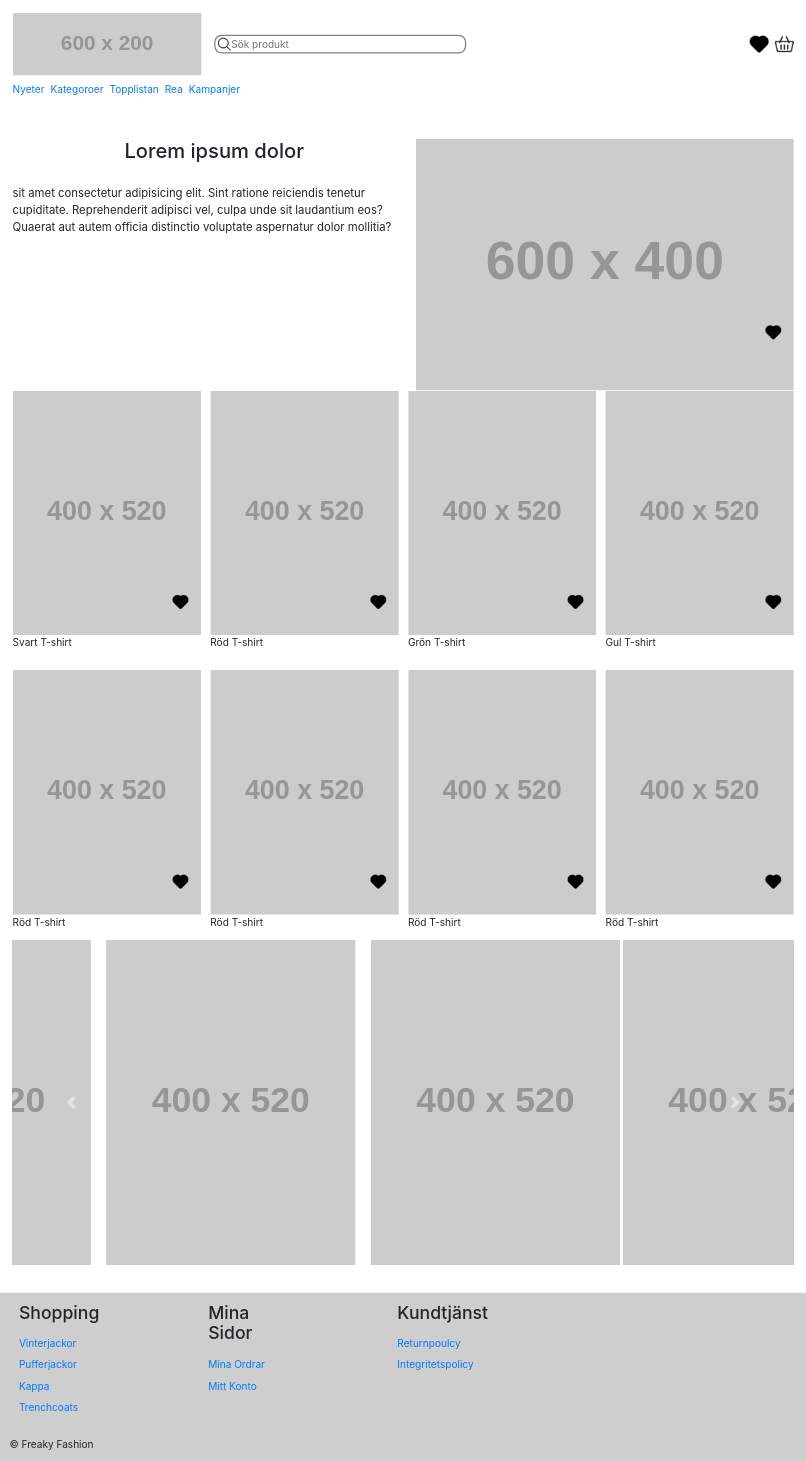
Repository: Kalle1995/project
Page: index.html
An editor plug-in stored every save of this project. The page is shown before and after the next save, followed by the edit.
The browser window is 1280 px wide. The pictures show the whole page, at 63% of full size.

Above is the page before, as saved 2024-10-06 20:36:40.

### index.html
<!DOCTYPE html>
<html lang="sv">

<head>
  <meta charset="UTF-8" />
  <meta name="viewport" content="width=device-width, initial-scale=1.0" />
  <title>Freaky Fashion</title>

  <link rel="stylesheet" href="main.css" />

  <script src="https://code.jquery.com/jquery-3.7.1.slim.min.js"
    integrity="sha256-kmHvs0B+OpCW5GVHUNjv9rOmY0IvSIRcf7zGUDTDQM8=" crossorigin="anonymous"></script>

  <link rel="stylesheet" href="https://cdn.jsdelivr.net/npm/bootstrap@4.0.0/dist/css/bootstrap.min.css"
    integrity="sha384-Gn5384xqQ1aoWXA+058RXPxPg6fy4IWvTNh0E263XmFcJlSAwiGgFAW/dAiS6JXm" crossorigin="anonymous">

  <script src="https://cdn.jsdelivr.net/npm/bootstrap@4.0.0/dist/js/bootstrap.min.js"
    integrity="sha384-JZR6Spejh4U02d8jOt6vLEHfe/JQGiRRSQQxSfFWpi1MquVdAyjUar5+76PVCmYl"
    crossorigin="anonymous"></script>
</head>

<body>
  <header>
    <section>
      <div class="wholeHead">
        <img src="https://placehold.co/600x200 " alt="icon" class="icon" />

        <div class="searchAndIcons">
          <input type="search" placeholder="Sök produkt" class="search">
          <div class="headIcons">
            <a href="#"><img src="bilder/full heart.png" alt="favourite"></a>
            <a href="#"><img src="bilder/cart.png" alt="cart"></a>
          </div>
        </div>
      </div>

      <!-- jag behöver fixa att man kan sriva och iconen förvinner -->
      <!-- om, jag har div för input typ så den ta hela raden -->

      <div>
        <nav class="NavList">
          <ul>
            <li class=" flex-row nav-list-item"><a href="#">Nyeter</a></li>
            <li class="nav-list-item hide-on-mobile ejnav"><a href="#">Kategoroer</a></li>
            <li class="nav-list-item"><a href="#">Topplistan</a></li>
            <li class="nav-list-item"><a href="#">Rea</a></li>
            <li class="nav-list-item"><a href="#">Kampanjer</a></li>
          </ul>
        </nav>
      </div>

      <!-- <dl> och <dt> använda man i detta falet  -->

    </section>
  </header>

  <main>
    <section class="mid">
      <article>
        <fieldset class="head">
          <img class="head-image" src="https://placehold.co/600x400" alt="" class="loremPic">
          <div>
            <h2 class="head-title">Lorem ipsum dolor</h2>
            <p class="head-text">
              <br>sit amet consectetur adipisicing elit. Sint ratione reiciendis tenetur cupiditate. Reprehenderit
              adipisci
              vel, culpa unde sit laudantium eos? Quaerat aut autem officia distinctio voluptate aspernatur dolor
              mollitia?
            </p>
          </div>
        </fieldset><img class="product-icon" src="bilder/full heart.png" alt="">
      </article>
    </section>
    <section class="products">
      <!-- grid container -->
      <div class="product">
        <img class="product-icon" src="bilder/full heart.png" alt="">
        <img class="product-pic" src="https://placehold.co/400x520/png?text=Black+T-shirt" alt="Svart T-shirt" />
        <p>Svart T-shirt</p>
      </div>

      <div class="product">
        <img class="product-icon" src="bilder/full heart.png" alt="">
        <img class="product-pic" src="https://placehold.co/400x520/png?text=Red+T-shirt" alt="" />
        <p>Röd T-shirt</p>
      </div>

      <div class="product">
        <img class="product-icon" src="bilder/full heart.png" alt="">
        <img class="product-pic" src="https://placehold.co/400x520/png?text=Green+T-shirt" alt="" />
        <p>Grön T-shirt</p>
      </div>

      <div class="product">
        <img class="product-icon" src="bilder/full heart.png" alt="">
        <img class="product-pic" src="https://placehold.co/400x520/png?text=Gul+T-shirt" alt="" />
        <p>Gul T-shirt</p>

      </div>

      <div class="product">
        <img class="product-icon" src="bilder/full heart.png" alt="">
        <img class="product-pic" src="https://placehold.co/400x520/png?text=Red+T-shirt" alt="">
        <p>Röd T-shirt</p>
      </div>

      <div class="product">
        <img class="product-icon" src="bilder/full heart.png" alt="">
        <img class="product-pic" src="https://placehold.co/400x520/png?text=Red+T-shirt" alt="">
        <p>Röd T-shirt</p>
      </div>

      <div class="product">
        <img class="product-icon" src="bilder/full heart.png" alt="">
        <img class="product-pic" src="https://placehold.co/400x520/png?text=Red+T-shirt" alt="">
        <p>Röd T-shirt</p>
      </div>

      <div class="product">
        <img class="product-icon" src="bilder/full heart.png" alt="">
        <img class="product-pic" src="https://placehold.co/400x520/png?text=Red+T-shirt" alt="">
        <p>Röd T-shirt</p>
      </div>
    </section>

    <div id="carouselExampleControls" class="carousel slide" data-ride="carousel">
      <div class="carousel-inner">
        <div class="carousel-item active">
          <div class="slide-item">
            <img class="slide-image" src="https://placehold.co/400x520/png?text=Red+T-shirt" alt="First slide">
            <img class="slide-image" src="https://placehold.co/400x520/png?text=Red+T-shirt" alt="Third slide">
            <img class="slide-image" src="https://placehold.co/400x520/png?text=Red+T-shirt" alt="Second slide">
          </div>
        </div>
        <div class="carousel-item">
          <div class="slide-item">
            <img class="slide-image" src="https://placehold.co/400x520/png?text=Red+T-shirt" alt="First slide">
            <img class="slide-image" src="https://placehold.co/400x520/png?text=Red+T-shirt" alt="Third slide">
            <img class="slide-image" src="https://placehold.co/400x520/png?text=Red+T-shirt" alt="Second slide">
          </div>
        </div>
        <div class="carousel-item">
          <div class="slide-item">
            <img class="slide-image" src="https://placehold.co/400x520/png?text=Red+T-shirt" alt="First slide">
            <img class="slide-image" src="https://placehold.co/400x520/png?text=Red+T-shirt" alt="Third slide">
          </div>
        </div>
      </div>
      <a class="carousel-control-prev" href="#carouselExampleControls" role="button" data-slide="prev">
        <span class="carousel-control-prev-icon" aria-hidden="true"></span>
        <span class="sr-only">Previous</span>
      </a>
      <a class="carousel-control-next" href="#carouselExampleControls" role="button" data-slide="next">
        <span class="carousel-control-next-icon" aria-hidden="true"></span>
        <span class="sr-only">Next</span>
      </a>
    </div>
  </main>

  <br>

  <footer class="normal-footer">
    <div class="list-container">
      <div class="list">
        <h3>Shopping</h3>
        <li>
          <ul><a href="#">Vinterjackor</a></ul>
          <ul><a href="#">Pufferjackor</a></ul>
          <ul><a href="#">Kappa</a></ul>
          <ul><a href="#">Trenchcoats</a></ul>
        </li>
      </div>

      <div class="list">
        <h3>Mina Sidor</h3>
        <li>
          <ul><a href="#">Mina Ordrar</a></ul>
          <ul><a href="#">Mitt Konto</a></ul>
        </li>
      </div>

      <div class="list">
        <h3>Kundtjänst</h3>
        <li>
          <ul><a href="#">Returnpoulcy</a></ul>
          <ul><a href="#">Integritetspolicy</a></ul>
        </li>
      </div>
    </div>

    <div class="Company">&copy; Freaky Fashion</div>
  </footer>

  <footer class="small-footer">
    <div class="accordion accordion-flush" id="accordionFlushExample">
      <div class="accordion-item">
        <h2 class="accordion-header" id="flush-headingOne">
          <button class="accordion-button collapsed" type="button" data-bs-toggle="collapse"
            data-bs-target="#flush-collapseOne" aria-expanded="false" aria-controls="flush-collapseOne">
            Accordion Item #1
          </button>
        </h2>
        <div id="flush-collapseOne" class="accordion-collapse collapse" aria-labelledby="flush-headingOne"
          data-bs-parent="#accordionFlushExample">
          <div class="accordion-body">Placeholder content for this accordion, which is intended to demonstrate the
            <code>.accordion-flush</code> class. This is the first item's accordion body.</div>
        </div>
      </div>
      <div class="accordion-item">
        <h2 class="accordion-header" id="flush-headingTwo">
          <button class="accordion-button collapsed" type="button" data-bs-toggle="collapse"
            data-bs-target="#flush-collapseTwo" aria-expanded="false" aria-controls="flush-collapseTwo">
            Accordion Item #2
          </button>
        </h2>
        <div id="flush-collapseTwo" class="accordion-collapse collapse" aria-labelledby="flush-headingTwo"
          data-bs-parent="#accordionFlushExample">
          <div class="accordion-body">Placeholder content for this accordion, which is intended to demonstrate the
            <code>.accordion-flush</code> class. This is the second item's accordion body. Let's imagine this being
            filled with some actual content.</div>
        </div>
      </div>
      <div class="accordion-item">
        <h2 class="accordion-header" id="flush-headingThree">
          <button class="accordion-button collapsed" type="button" data-bs-toggle="collapse"
            data-bs-target="#flush-collapseThree" aria-expanded="false" aria-controls="flush-collapseThree">
            Accordion Item #3
          </button>
        </h2>
        <div id="flush-collapseThree" class="accordion-collapse collapse" aria-labelledby="flush-headingThree"
          data-bs-parent="#accordionFlushExample">
          <div class="accordion-body">Placeholder content for this accordion, which is intended to demonstrate the
            <code>.accordion-flush</code> class. This is the third item's accordion body. Nothing more exciting
            happening here in terms of content, but just filling up the space to make it look, at least at first glance,
            a bit more representative of how this would look in a real-world application.</div>
        </div>
      </div>
    </div>
  </footer>
</body>

</html>

### main.css
body {
    font-size: 2em;
    display: grid;
}


.head-title {
    text-align: center;
}

.products {
    display: grid;
    gap: 15px;
}

ul {
    list-style-type: none;
    margin: 0;
    padding: 0;

}

.search {
    border: 2px solid gray;
    border-radius: 12px;
    padding: 5px;
    display: inline;
    background-image: url(bilder/search.png);
    background-repeat: no-repeat;
    background-position: 4px;
    padding-left: 25px;

}

.NavList {
    padding-bottom: 10px;
    padding-top: 10px;

}

.hide-on-mobile {
    display: none;
}

.nav-list-item {
    a {
        text-decoration: none;
    }
}

.product {
    position: relative;
}

.product-icon {
    right: 20px;
    bottom: 80px;
    position: absolute;
}

.product-pic {
    width: 100%;
    height: auto;
}

.head {
    display: flex;
    flex-direction: column;
}

.head-image {
    width: 100%;
}

.wholeHead {
    display: flex;
    flex-direction: row;
}

.searchAndIcons {
    width: 100%;
    display: flex;
    flex-direction: row;
    margin: auto 0 auto 20px;
}

.search {
    height: 30px;
    width: 100%;
    max-width: 400px;
    margin-right: 10px;
}

.headIcons {
    display: flex;
    gap: 10px;
    margin-right: 0;
    margin-left: auto;

    img {
        height: 30px;
    }
}

.icon {
    width: 300px;
}

.small-footer {
    display: none;
}

header {
    padding: 20px;
}

main {
    padding: 20px;
}


@media (max-width: 640px) {
    .mid {
        position: relative;
        display: block;
        font-size: medium;
    }

    li {
        margin-bottom: 3px;
    }

    .icon {
        width: 100%;
    }

    .wholeHead {
        flex-direction: column;
    }

    .search {
        height: 35px;
        width: 100%;
        max-width: 400px;
    }

    .headIcons {
        img {
            height: 35px;
        }
    }

    .searchAndIcons {
        margin-top: 10px;
        margin-left: 0;
    }

    .small-footer {
        display: block;
    }

    .normal-footer {
        display: none;
    }
}

@media (min-width: 640px) {
    .products {
        grid-template-columns: repeat(2, 1fr);
    }

    .mid {
        position: relative;
        display: block;
        font-size: large;
    }

    li {
        display: inline;
        margin-right: 5px;
    }
}

body {
    font-size: 1.5em;
}

@media (min-width: 1024px) {
    .products {
        grid-template-columns: repeat(4, 1fr);
    }

    body {
        font-size: 1em;
    }

    .listan {
        display: flex;
    }

    li {
        display: inline;
        margin-right: 5px;
    }

    .hide-on-mobile {
        display: inline-block;
    }

    .head {
        flex-direction: row-reverse;
    }
}





/*
    @media (max-width:1024px) {
        .ejnav {
            display: none;
        }

      }
*/



/*
      @media print {
        body {
            font-size: 4em;
        }
        img {
            display: none;
        }
      }
*/



/*
här för Nyproduckt sidan
*/


.slide-item {
    display: flex;
    flex-direction: row;
    gap: 20px
}

.slide-image {
    width: 32%;
    margin: auto;
}

header>h3 {
    position: absolute;
    left: 10px;
    bottom: auto;
}

.vänster {
    display: grid;
    grid-template-rows: 100%;
    background-color: gray;
}

.w-100 {
    width: 100%;
}

.liggTill {
    hero-text button: hover
}


/*
kassa sidan
*/

.kassa {
    text-align: center;

}






.buy>button {
    display: grid;
    align-items: center;
    width: 80px;
    height: 30px;
    background-color: rgb(255, 255, 255);
    margin-left: 50%;
    font-weight: bold;
    border-radius: 10px;

}



.custom.btn-success {
    color: red;
}

.no-space {
    margin: 0;
    padding: 0;
    border: none;
    border-top: 1px solid black;
    /* Valfri färg eller stil på linjen */
}


body {
    padding: 0;
}

.normal-footer {
    padding: 15px;
    background-color: rgb(207, 206, 206)
}

.list-container {
    display: inline-flex;
    justify-content: space-between;
    /* Ser till att listorna sprids ut jämnt */
    gap: 150px;
    /* Mellanrum mellan listorna */
}

.list {
    flex: 1;
    /* Gör att listorna tar upp lika mycket plats */
    padding-left: 15px;
}

.list h3 {
    margin-bottom: 20px;
}

.list li {
    list-style-type: none;
    /* ingen punkter i listan */
    padding: 0;
}

.list li ul {
    margin-bottom: 10px;
}




/*
Administration
*/

.AD {
    width: 115%;
    padding-left: 15px;
    margin-left: -25px;
    margin-top: -25px;
    float: left;
    font-style: normal;
    background-color: rgb(0, 0, 0);
    position: relative;
    display: flex;
    color: white;
}

.PR {
    background-color: rgb(209, 209, 208);
    height: auto;
    margin-left: -25px;
    padding-left: 20px;
    margin-right: auto;
    padding-right: 70px;
    padding-top: 15px;
    font-weight: bold;
    position: relative;
}

.AR {
    position: relative;
    ;
    left: 200px;
    top: -40px;

}













/*

.Company{
    text-align: center;
    bottom: auto;
}

After the next save:
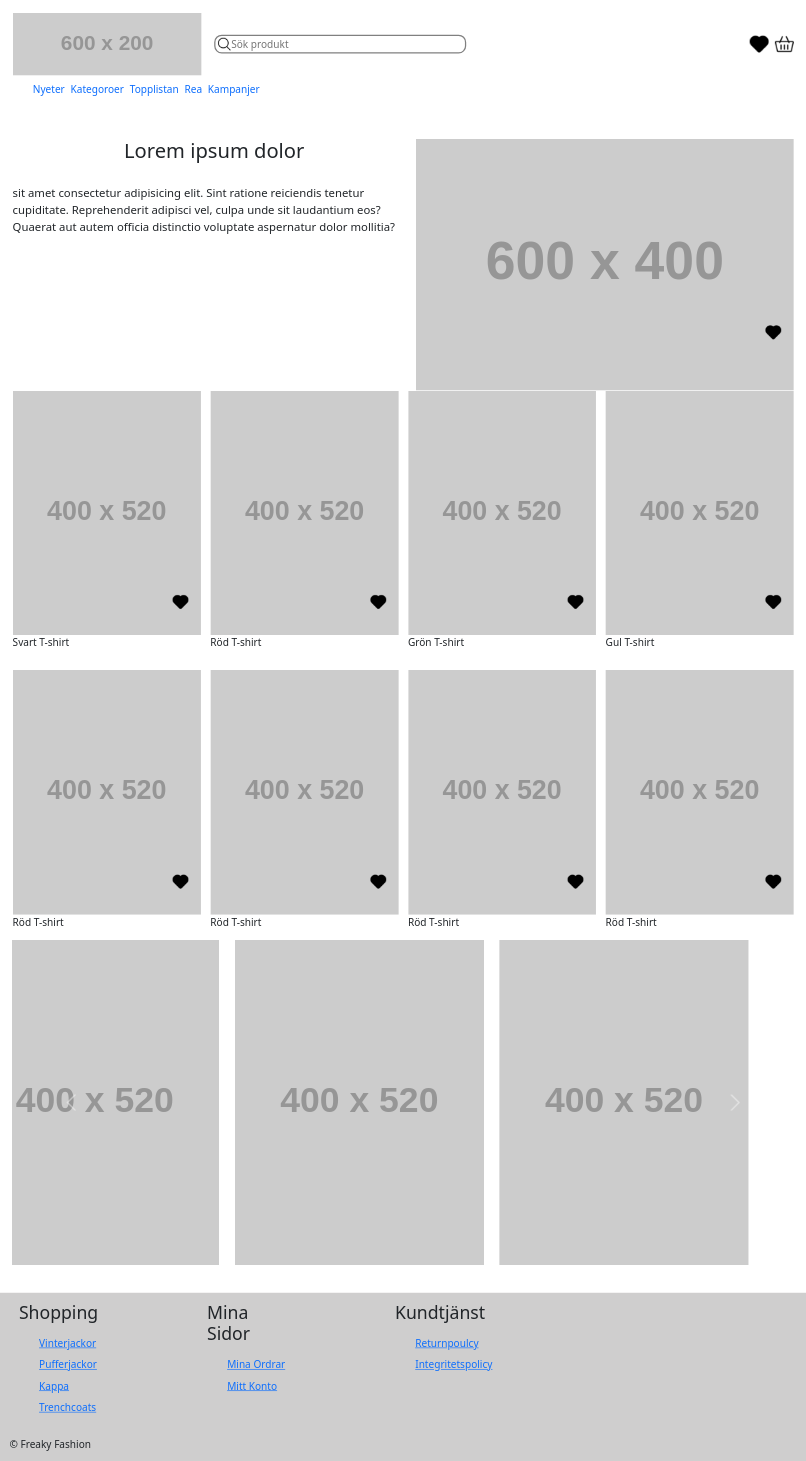
Saved 27 s later.
--- a/index.html
+++ b/index.html
@@ -13,6 +13,8 @@
 
   <link rel="stylesheet" href="https://cdn.jsdelivr.net/npm/bootstrap@4.0.0/dist/css/bootstrap.min.css"
     integrity="sha384-Gn5384xqQ1aoWXA+058RXPxPg6fy4IWvTNh0E263XmFcJlSAwiGgFAW/dAiS6JXm" crossorigin="anonymous">
+
+    <link href="https://cdn.jsdelivr.net/npm/bootstrap@5.0.2/dist/css/bootstrap.min.css" rel="stylesheet" integrity="sha384-EVSTQN3/azprG1Anm3QDgpJLIm9Nao0Yz1ztcQTwFspd3yD65VohhpuuCOmLASjC" crossorigin="anonymous">
 
   <script src="https://cdn.jsdelivr.net/npm/bootstrap@4.0.0/dist/js/bootstrap.min.js"
     integrity="sha384-JZR6Spejh4U02d8jOt6vLEHfe/JQGiRRSQQxSfFWpi1MquVdAyjUar5+76PVCmYl"

After the save that followed:
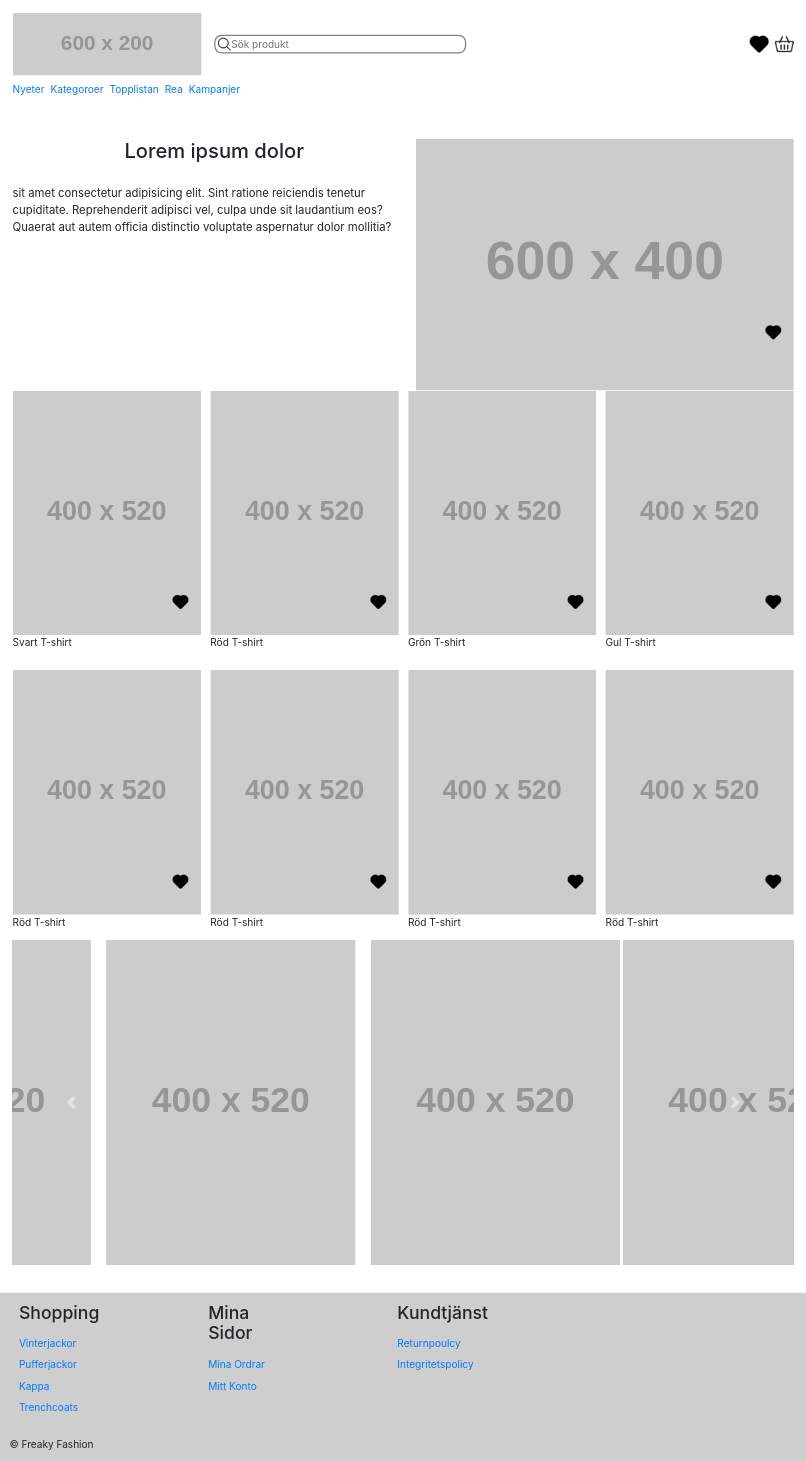
Saved 99 s later.
--- a/index.html
+++ b/index.html
@@ -13,8 +13,6 @@
 
   <link rel="stylesheet" href="https://cdn.jsdelivr.net/npm/bootstrap@4.0.0/dist/css/bootstrap.min.css"
     integrity="sha384-Gn5384xqQ1aoWXA+058RXPxPg6fy4IWvTNh0E263XmFcJlSAwiGgFAW/dAiS6JXm" crossorigin="anonymous">
-
-    <link href="https://cdn.jsdelivr.net/npm/bootstrap@5.0.2/dist/css/bootstrap.min.css" rel="stylesheet" integrity="sha384-EVSTQN3/azprG1Anm3QDgpJLIm9Nao0Yz1ztcQTwFspd3yD65VohhpuuCOmLASjC" crossorigin="anonymous">
 
   <script src="https://cdn.jsdelivr.net/npm/bootstrap@4.0.0/dist/js/bootstrap.min.js"
     integrity="sha384-JZR6Spejh4U02d8jOt6vLEHfe/JQGiRRSQQxSfFWpi1MquVdAyjUar5+76PVCmYl"
